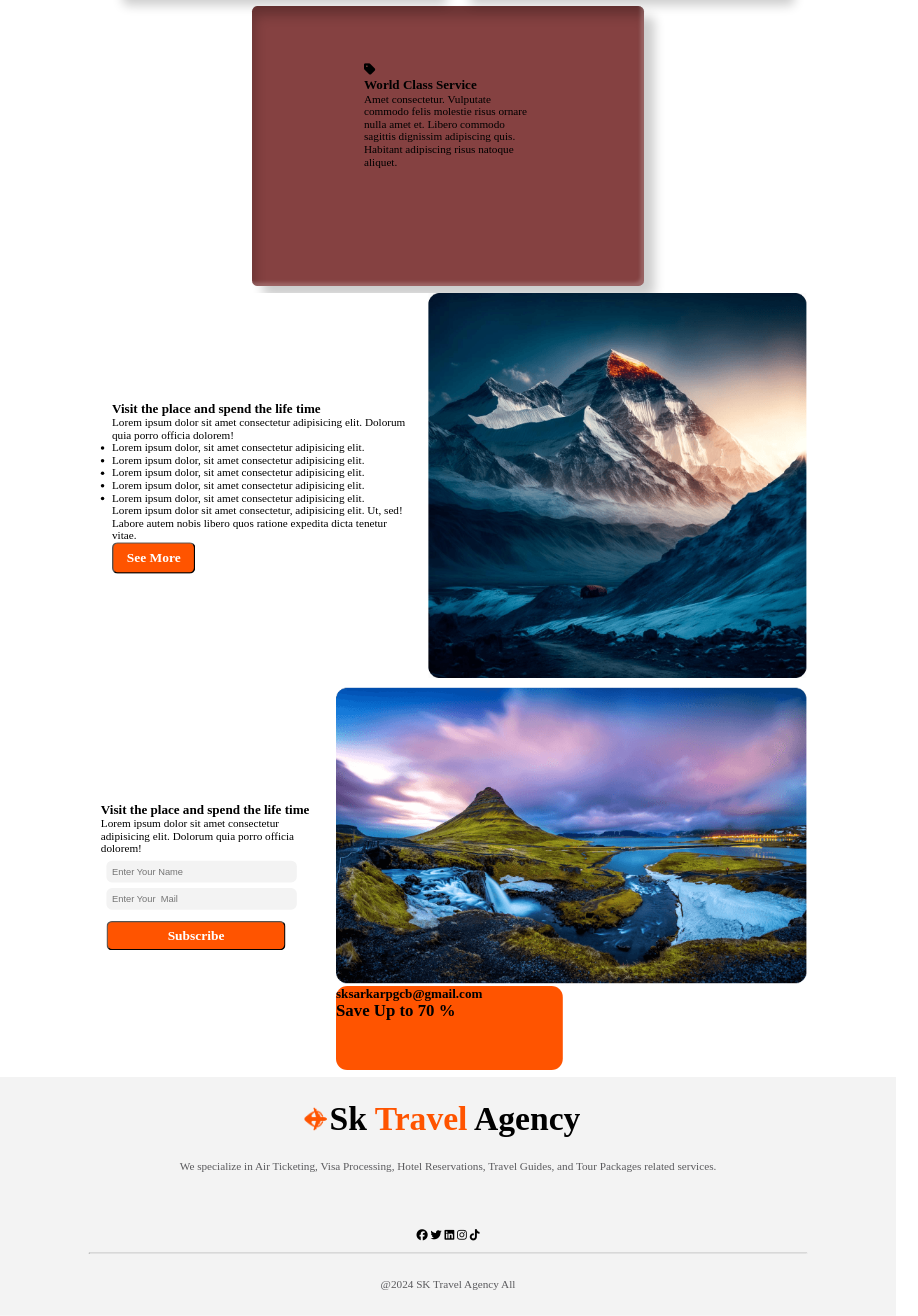
Repository: sumonkumarsarkar/Sk-Travel-Agency-
Page: index.html
These files come from the project's save history. The page is drawn as it stood at one moment and after the next save; the edit follows.
The browser window is 1280 px wide. The page is 1312 px wide, so the pictures cover 1312 px, including what lies to the right of the window. The pictures show the part of the page from y = 2971 to 4851 px (the page is 4851 px tall before and 4795 px after), at 70% of full size.

Above is the page before, as saved 2024-01-17 16:06:55.

### index.html
<!DOCTYPE html>
<html lang="en">
<head>
    <meta charset="UTF-8">
    <meta name="viewport" content="width=device-width, initial-scale=1.0">
    <title>Sk-Travel-Agency</title>
    <link rel="stylesheet" href="./style.css">

    <link rel="stylesheet" href="https://cdnjs.cloudflare.com/ajax/libs/font-awesome/6.5.1/css/all.min.css" integrity="sha512-DTOQO9RWCH3ppGqcWaEA1BIZOC6xxalwEsw9c2QQeAIftl+Vegovlnee1c9QX4TctnWMn13TZye+giMm8e2LwA==" crossorigin="anonymous" referrerpolicy="no-referrer" />
</head>
<body>
    <header>
         <div class="container">
            <nav>
                <div class="icon-header">
                    <p> <span><img src="./Images/Group 40071 (2).png" alt=""></span>Sk-Travel-Agency</p>
                </div>
                <div class="menu-header">
                    <ul>
                        <li><a href="#">Home</a></li>
                        <li><a href="#">About</a></li>
                        <li><a href="#">Package</a></li>
                        <li><a href="#">Blog</a></li>
                        <li><a href="#">Contact</a></li>
                    </ul>
                </div>
            </nav>
         </div>


<div class="container">
    <div class="banner-section">
        <h2>Our Service</h2>
        <p>Lorem ipsum dolor sit amet consectetur adipisicing elit. Placeat in, ex esse distinctio veritatis error?</p>
        <div class="banner-button">
         <h3>where </h3>
         <h3>when<span><i class="fa-solid fa-chevron-down"></i></span></h3>
         <h3>when<span><i class="fa-solid fa-chevron-down"></i></span></h3>

        <button type="button"> <span><i class="fa-solid fa-magnifying-glass"></i></span>Find Now</button>
        </div>
       </div>

</div>


<div class="container">
    <div class="container-item">
        <div class="text-item">
         <h3>Our Popular Place</h3>
         <p>Lorem ipsum dolor sit amet consectetur adipisicing elit. Dolorum quia porro officia dolorem!</p>
         <ul>
            <li><p>Lorem ipsum dolor, sit amet consectetur adipisicing elit.</p></li>
            <li><p>Lorem ipsum dolor, sit amet consectetur adipisicing elit.</p></li>
            <li><p>Lorem ipsum dolor, sit amet consectetur adipisicing elit.</p></li>
            <li><p>Lorem ipsum dolor, sit amet consectetur adipisicing elit.</p></li>
            <li><p>Lorem ipsum dolor, sit amet consectetur adipisicing elit.</p></li>
         </ul>
         <p>Lorem ipsum dolor sit amet consectetur, adipisicing elit. Ut, sed! Labore autem nobis libero quos ratione expedita dicta tenetur vitae.</p>
         <button type="button">See More</button>
        </div>
        <div class="container-img-item">
            <img src="./Images/Rectangle 4.png" alt="">
        </div>
    </div>
</div>

    </header>


    <main>


        <!-- Choose Your place start   -->


<div class="container">
     <div class="container-text">
        <h2>Choose Your Place</h2>
        <p>Lorem ipsum dolor sit, amet consectetur adipisicing elit. Molestias est ipsum fugiat nemo, quis impedit molestiae quibusdam similique consequatur ex.</p>
     </div>
     <div class="container-image">

        <div class="img-row">
            <div class="image">
                <img src="./Images/Rectangle 5.png" alt="">
                <h3>Maldives</h3>
             </div>
             <div class="image">
                <img src="./Images/Rectangle 5.png" alt="">
                <h3>Indonesia</h3>
             </div>
        </div>

        <div class="img-row">
            <div class="image">
                <img src="./Images/Rectangle 6.png" alt="">
                <h3>Srilanka</h3>
             </div>
             <div class="image">
                <img src="./Images/Rectangle 7.png" alt="">
                <h3>North America</h3>
             </div>
             <div class="image">
                <img src="./Images/Rectangle 9.png" alt="">
                <h3>Kashmi</h3>
             </div>
        </div>

        <div class="img-row">
            <div class="image">
                <img src="./Images/Rectangle 11.png" alt="">
                <h3>Bangladesh</h3>
             </div>
             <div class="image">
                <img src="./Images/Rectangle 10.png" alt="">
                <h3>Bandarban</h3>
             </div>
        </div>
     </div>
</div>

        <!-- Choose Your place end
           -->


   <!-- card start   -->



   <div class="container">
    <div class="container-text">
       <h2>Why Choose Us</h2>
       <p>Dolor sit amet consectetur. Diam volutpat neque habitasse pharetra odio sit massa. Sodales dictumst nec nibh pellentesque.</p>
    </div>

        <div class="container-card">
            <div class="card">
                <span><i class="fa-solid fa-hotel"></i></span>
                <h3>Handpicked Hotels</h3>
                <p>Amet consectetur. Vulputate commodo felis molestie risus  ornare nulla amet et. Libero commodo sagittis dignissim adipiscing quis. Habitant adipiscing risus natoque aliquet. </p>
            </div>
            <div class="card">
                <span><i class="fa-solid fa-location-dot"></i></span>
                <h3>World Class Service</h3>
                <p>Amet consectetur. Vulputate commodo felis molestie risus  ornare nulla amet et. Libero commodo sagittis dignissim adipiscing quis. Habitant adipiscing risus natoque aliquet.  </p>
            </div>
        </div>


        <div class="container">
             <div class="container-card-item">

                    <h3><i class="fa-solid fa-tag"></i></h3>
                    <h3>World Class Service</h3>
                    <p>Amet consectetur. Vulputate commodo felis molestie risus  ornare nulla amet et. Libero commodo sagittis dignissim adipiscing quis. Habitant adipiscing risus natoque aliquet. </p>

             </div>
        </div>




</div>





   <!-- card start   -->





        <!-- place part start  -->

<div class="container">
    <div class="container-item">
        <div class="text-item">
         <h3>Visit the place and spend the life time</h3>
         <p>Lorem ipsum dolor sit amet consectetur adipisicing elit. Dolorum quia porro officia dolorem!</p>
         <ul>
            <li><p>Lorem ipsum dolor, sit amet consectetur adipisicing elit.</p></li>
            <li><p>Lorem ipsum dolor, sit amet consectetur adipisicing elit.</p></li>
            <li><p>Lorem ipsum dolor, sit amet consectetur adipisicing elit.</p></li>
            <li><p>Lorem ipsum dolor, sit amet consectetur adipisicing elit.</p></li>
            <li><p>Lorem ipsum dolor, sit amet consectetur adipisicing elit.</p></li>
         </ul>
         <p>Lorem ipsum dolor sit amet consectetur, adipisicing elit. Ut, sed! Labore autem nobis libero quos ratione expedita dicta tenetur vitae.</p>
         <button type="button">See More</button>
        </div>
        <div class="container-img-item">
            <img src="./Images/Rectangle 4.png" alt="">
        </div>
    </div>
</div>


 <!-- place part end  -->


 <div class="container">
    <div class="container-item">
        <div class="text-form">
         <h3>Visit the place and spend the life time</h3>
         <p>Lorem ipsum dolor sit amet consectetur adipisicing elit. Dolorum quia porro officia dolorem!</p>

         <form>
            <input type="text" placeholder="Enter Your Name">
            <input type="text" placeholder="Enter Your  Mail">
         </form>
         <button type="button">Subscribe</button>
        </div>
        <div class="container-img-item">
            <div class="img">
                <img src="./Images/Rectangle 8 (1).png" alt="">
            </div>
            <div class="img-text">
                <h3>sksarkarpgcb@gmail.com</h3>
                <h2>Save Up to 70 %</h2>
            </div>

        </div>
    </div>
</div>



<!-- form part start  -->




<!-- form part end  -->


    </main>









        <footer>
            <div class="footer-container">

                    <div class="nornal-text">
                           <span><img class="icon-footer" src="./Images/Group 40071 (2).png" alt=""></span>
                           <h3>Sk <span class="travel">Travel</span>  Agency</h3>
                            <p>We specialize in Air Ticketing, Visa Processing, Hotel Reservations, Travel Guides, and Tour Packages related services. </p>
                    </div>

                <div class="icon-img">
                    <i class="fa-brands fa-facebook"></i>
                    <i class="fa-brands fa-twitter"></i>
                    <i class="fa-brands fa-linkedin"></i>
                    <i class="fa-brands fa-instagram"></i>
                    <i class="fa-brands fa-tiktok"></i>
                </div>

                <hr>

               <div class="last-text">
                 <p>@2024 SK Travel Agency All</p>

               </div>


         </footer>





</body>
</html>

### style.css
* {
    margin: 0;
    padding: 0;
}



/* main Choose Your place start  */

.container-text {
    text-align: center;
    padding: 4rem;
}

.img-row {
    display: flex;
    width: 100%;
    gap: .1rem;


}

.image img {
    width: 100%;

}

.image h3 {
    position: relative;
    top: -10rem;
    left: 10rem;
    color: #FFF;
}



/* card start  */
.container-card {
    display: flex;
    padding: 1rem;
    justify-content: space-around;
    align-items: center;
}


.card {
    height: 25rem;
    width: 25rem;
    background: #9e7b7b;
    border-radius: .5rem;
    padding: 2rem;
    box-shadow: -15px -15px 15px rgba(255, 255, 255, .2),
        15px 15px 15px rgba(0, 0, 0, .2),
        inset -5px -5px 5px rgba(255, 255, 255, .2),
        inset 5px 15px 15px rgba(245, 183, 183, 0.2);


}

.container-card-item {
    margin: 0 auto;
    padding: 5rem 10rem;
    background: #854141;
    height: 15rem;
    width: 15rem;
    border-radius: .5rem;
    box-shadow: -15px -15px 15px rgba(255, 255, 255, .2),
        15px 15px 15px rgba(0, 0, 0, .2),
        inset -5px -5px 5px rgba(255, 255, 255, .2),
        inset 5px 15px 15px rgba(0, 0, 0, .2);


}

/* card end  */




/* main Choose Your place end */




/* header menu bar start  */




nav {
    display: flex;
    justify-content: space-between;
    align-items: center;
    margin-bottom: 1rem;
}

.icon-header {
    align-items: center;
    padding: 20px;
}

.icon-header img {
    width: 1rem;
    height: 1rem;
}

.menu-header ul {
    list-style: none;

}

.menu-header ul li {
    display: inline-block;
    padding: 10px 10px;

}

.menu-header ul li a {
    text-decoration: none;
}

.banner-section {
    background-image: url("./Images/Group 13 (1) (1).png");
}




.banner-section {
    text-align: center;
    padding: 15rem;


}

.banner-button h3 {
    display: inline-block;
    padding: 1rem .5rem;
    color: #FFF;
    margin: 0 1rem;
}

/* header menu bar end  */


/* main place part start  */
.container-item {
    display:flex;
    justify-content: space-around;
    align-items: center;
    margin: 10px auto;
    background: #FFF;
}

.container-item .text-item {
    padding:2rem;
}

.container-img-item .img-text{
    border-radius:1rem;
   background: #FF5400;
   width: 324px;
  height: 120px;
/* transform: rotate(-19.628deg); */
flex-shrink: 0;
}

button {
    color: #FFF;
    text-align: center;
    font-family: Mulish;
    font-size: 1.2rem;
    font-style: normal;
    font-weight: 800;
    padding: .6rem 1.2rem;
    border-radius: .5rem;
    background: #FF5400;
    margin:0 auto;

}



/* form part start  */

.text-form form input {
    display: block;
    padding: .5rem;
    width: 80%;
    margin: .5rem;
    border: none;
    border-radius: .5rem;
    background: rgba(19, 19, 24, 0.05);



}

.text-form {

    padding: .5rem;
    width: 80%;
    margin: .5rem;
}

.text-form button {

    padding: .5rem;
    width: 80%;
    margin: .5rem;
}

/* form part end  */




/* main place part end */



/* footer section start  */
.footer-container {
    background: rgba(19, 19, 24, 0.05);
    margin: 0 auto;

}

.nornal-text {
    text-align: center;
    padding: 2rem 2rem;
}

span .icon-footer{
    height:2rem;
    width: 2rem;

}


.footer-container .nornal-text p {
    text-align: center;
    padding: 2rem 2rem;
    color: #5A5A5D;
    font-family: Mulish;

    font-weight: 400;



}

.footer-container .nornal-text h3 {

    display: inline-block;
    font-size: 3rem;
    margin-right: 1rem;


}

.footer-container .icon-img {
    text-align:center;
    padding: 1rem 2rem;
    align-content:center;



}

.footer-container .last-text {

    text-align: center;
    padding: 2rem 2rem;
    color: #5A5A5D;
    font-family: Mulish;
    font-weight: 400;
    line-height: 1.5rem;

}

.container,
hr {
    width: 80%;
    margin: 0 auto;


}

.travel {
    color: #FF5400;
}




/* footer section end  */



/* For mobile device  */



@media screen and (max-width:600px) {

    .footer-container .nornal-text p {
        padding: 1rem;
    }


    .footer-container .last-text {
        padding: 1rem 1rem;

    }

    .footer-container .nornal-text h3 {
        display: inline-block;
        font-size: 1rem;

    }

    span .icon-footer{
        height:1rem;
        width: 1rem;

    }
}

After the next save:
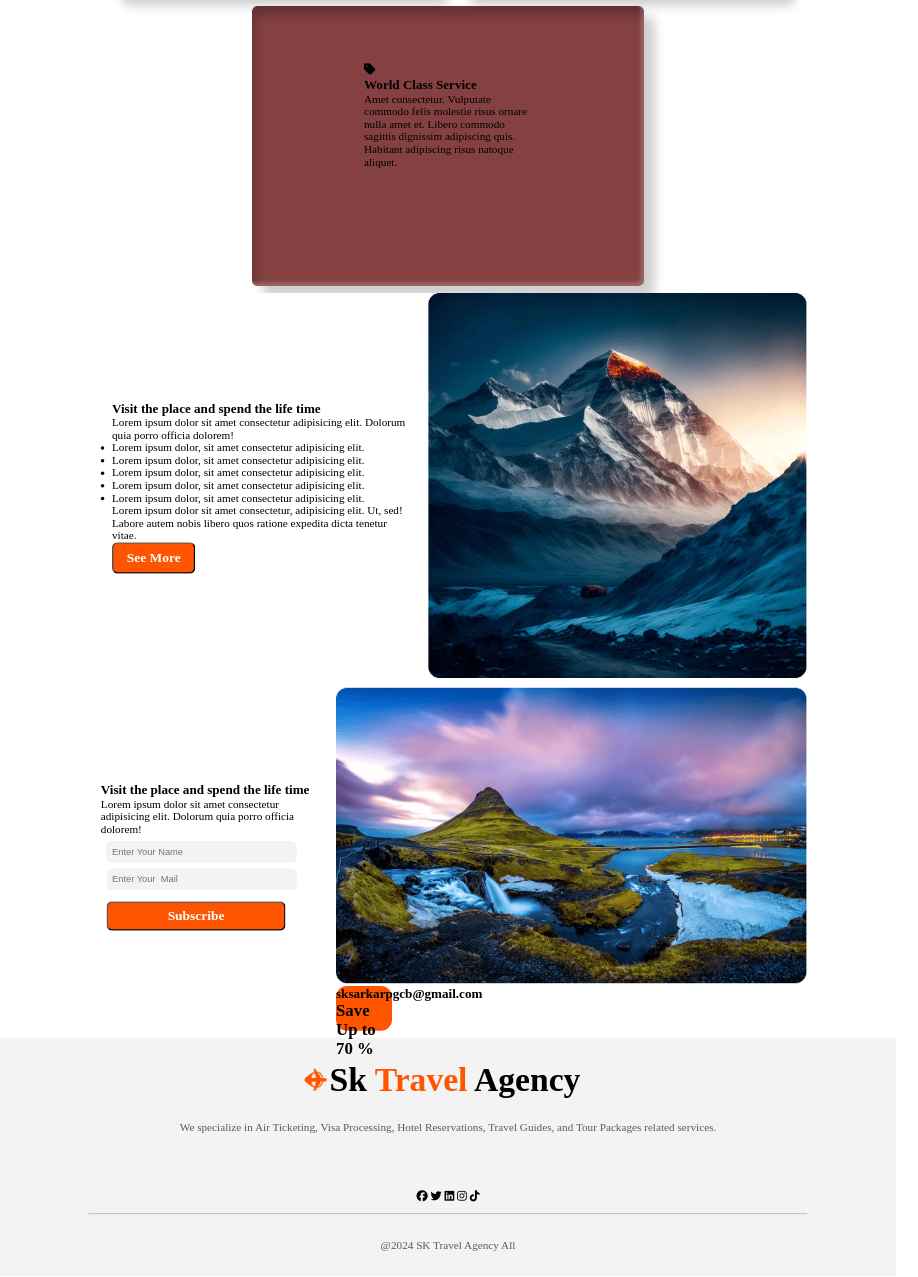
Saved 31 s later.
--- a/style.css
+++ b/style.css
@@ -159,8 +159,8 @@ nav {
 .container-img-item .img-text{
     border-radius:1rem;
    background: #FF5400;
-   width: 324px;
-  height: 120px;
+   width:5rem;
+  height: 4rem;
 /* transform: rotate(-19.628deg); */
 flex-shrink: 0;
 }
